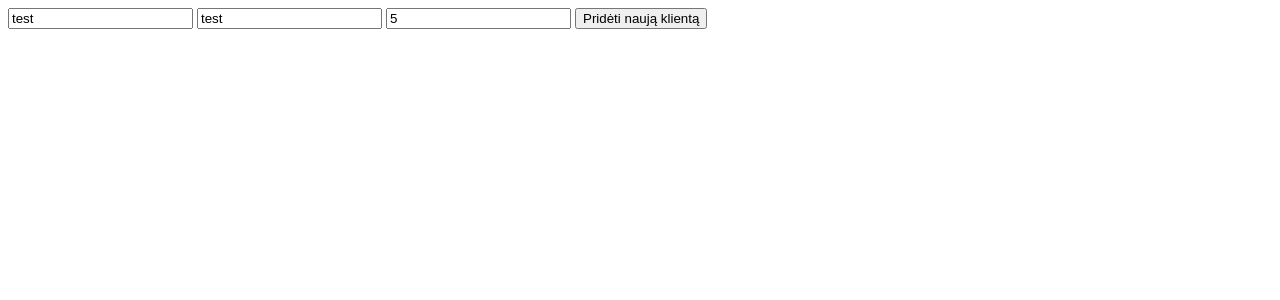
Repository: motiejus1/14-paskaita-PHP-05.31
Page: http://localhost/klientupildymoforma.php
The author's editor kept a copy of each file at every save. The page is drawn from the files as they stood at one save, then again after a run of saves.
The browser window is 1280 px wide. The pictures show the whole page.
The page is run by PHP 8.4 with error messages shown; the project is at /var/www/html/.

Above is the page before, as saved 2021-08-14 11:10:26.

### klientupildymoforma.php
<?php
require_once("connection.php");
?>
<!DOCTYPE html>
<html lang="en">
<head>
    <meta charset="UTF-8">
    <meta http-equiv="X-UA-Compatible" content="IE=edge">
    <meta name="viewport" content="width=device-width, initial-scale=1.0">
    <title>Kleintu pildymo forma</title>
</head>
<body>
    <form action="klientupildymoforma.php" method="get">
        <input type="text" value="test" name="vardas"/>
        <input type="text" value="test" name="pavarde"/>
        <input type="text" value="5" name="teises_id"/>
        <button type="submit" name="prideti">Pridėti naują klientą</button>
    </form>

    <?php
    if(isset($_GET["prideti"])) {
        if(isset($_GET["vardas"]) && !empty($_GET["vardas"]) && isset($_GET["pavarde"]) && !empty($_GET["pavarde"]) && isset($_GET["teises_id"]) && !empty($_GET["teises_id"]) ) {
            $vardas = $_GET["vardas"];
            $pavarde = $_GET["pavarde"];
            $vardas = $_GET["vardas"];

            $sql = "INSERT INTO klientai (vardas, pavarde, teises_id) VALUES ('IdetasPErPHp','IdetasPErPHp',6)";

            if(mysqli_query($prisijungimas, $sql)) {
                echo "Irasas yra pridetas";
            } else {
                echo "Kazkas ivyko negerai";
            }
        }
    }

    ?>
</body>
</html>
<?php
// Sukurti forma, kuri pagal ivestus duomenis isaugo duomenu bazes lenteleje Klientai.


?>

### connection.php
<?php


//Prisijungimai prie duomenu bazes yra duodami
$duomenu_bazes_serveris = "localhost";
$duomenu_bazes_slapyvardis = "root";
$duomenu_bazes_slaptazodis = "";
$duomenu_bazes_pavadinimas = "klientuvaldymosistema";


$prisijungimas = mysqli_connect($duomenu_bazes_serveris,$duomenu_bazes_slapyvardis,$duomenu_bazes_slaptazodis,$duomenu_bazes_pavadinimas);

//false - kai prisijungimas yra nesekmingas, ir negrazino nieko-kai prisijungimas yra sekmingas

if($prisijungimas == false) {
    die("Nepavyko prisijungti prie duomenu bazes". mysqli_connect_error());
} else {
    // echo "Prisijungta sekmingai";
}

?>

After the next 2 saves:
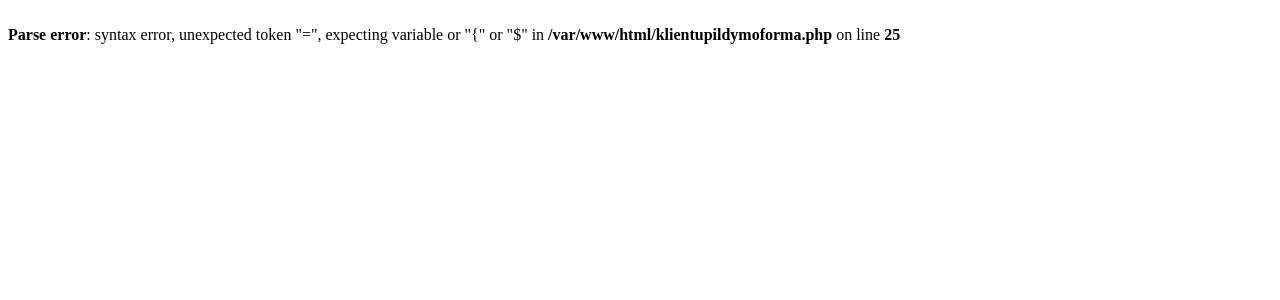
The 2 saves are shown as one change because they came seconds apart.
The last was saved 8 s later.
--- a/klientupildymoforma.php
+++ b/klientupildymoforma.php
@@ -22,7 +22,7 @@
         if(isset($_GET["vardas"]) && !empty($_GET["vardas"]) && isset($_GET["pavarde"]) && !empty($_GET["pavarde"]) && isset($_GET["teises_id"]) && !empty($_GET["teises_id"]) ) {
             $vardas = $_GET["vardas"];
             $pavarde = $_GET["pavarde"];
-            $vardas = $_GET["vardas"];
+            $ = $_GET["teises_id"];
 
             $sql = "INSERT INTO klientai (vardas, pavarde, teises_id) VALUES ('IdetasPErPHp','IdetasPErPHp',6)";
 

After the save that followed:
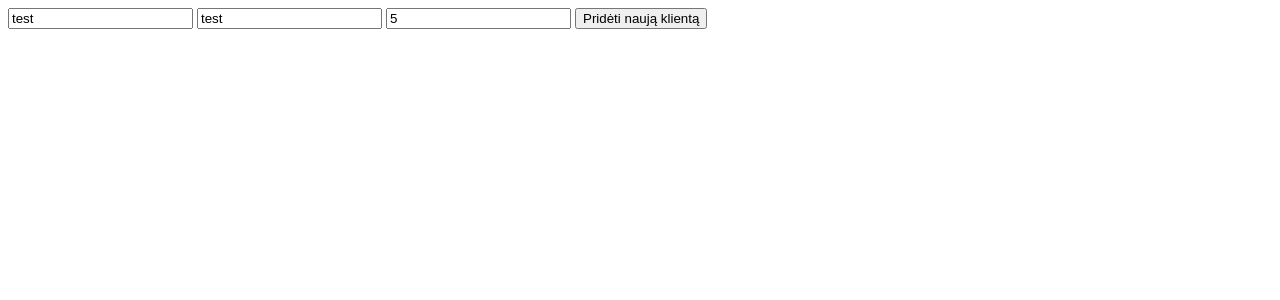
Saved 7 s later.
--- a/klientupildymoforma.php
+++ b/klientupildymoforma.php
@@ -22,7 +22,7 @@
         if(isset($_GET["vardas"]) && !empty($_GET["vardas"]) && isset($_GET["pavarde"]) && !empty($_GET["pavarde"]) && isset($_GET["teises_id"]) && !empty($_GET["teises_id"]) ) {
             $vardas = $_GET["vardas"];
             $pavarde = $_GET["pavarde"];
-            $ = $_GET["teises_id"];
+            $teises_id = $_GET["teises_id"];
 
             $sql = "INSERT INTO klientai (vardas, pavarde, teises_id) VALUES ('IdetasPErPHp','IdetasPErPHp',6)";
 
